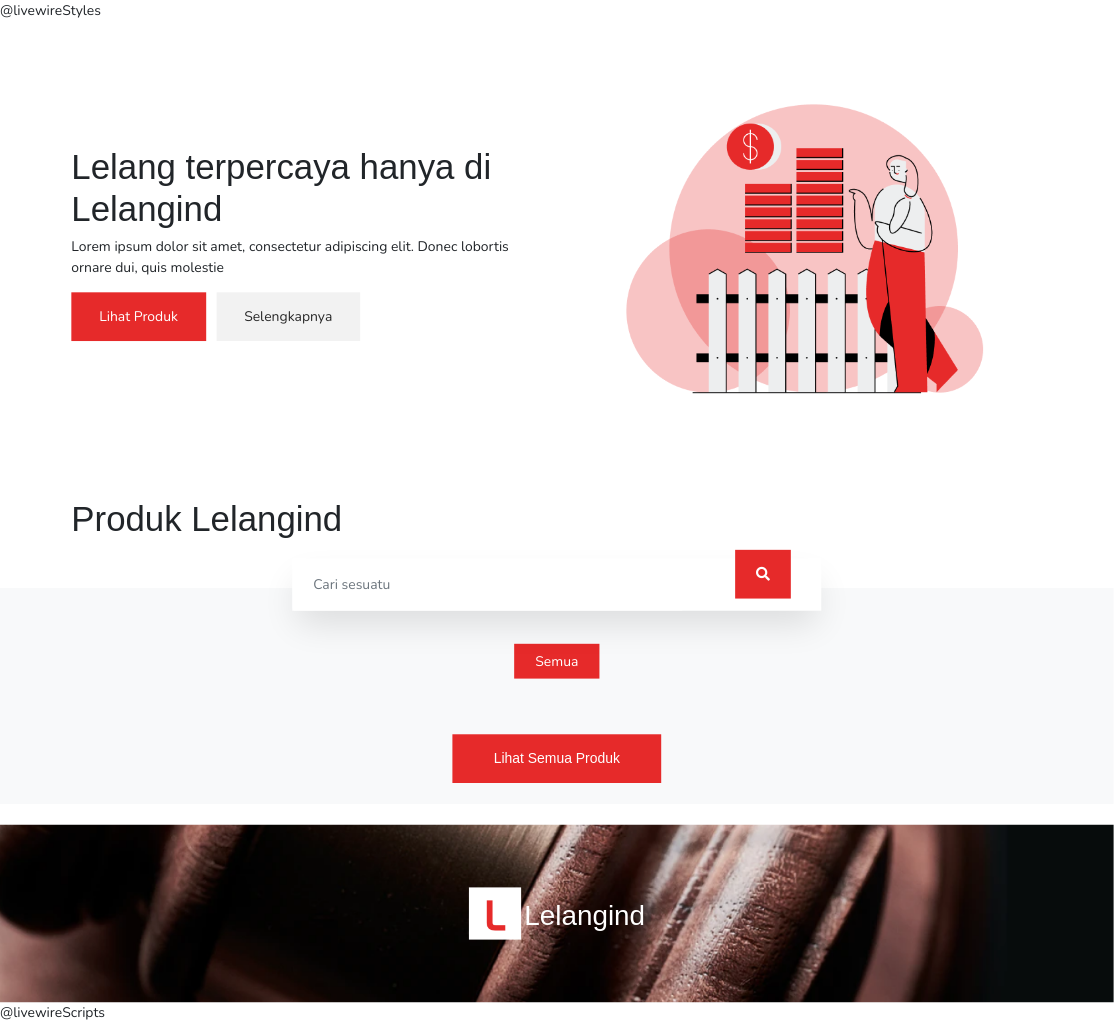
Repository: khulqu15/lelangyuk
Page: http://localhost/
An editor plug-in stored every save of this project. The page is shown before and after the next save, followed by the edit.
The browser window is 1280 px wide. The pictures show the whole page, at 87% of full size.
Backgrounds fixed to the window are drawn as part of the page. Some web fonts or font styles are not loaded; a fallback is used. The page is served by the project's Laravel application, run on PHP 8.4 with Laravel 8. Other server files are loaded and not shown. Queries for data that is not in the repository find no rows.

Above is the page before, as saved 2021-02-15 16:03:18.

### routes/web.php
<?php

use App\Http\Controllers\PageController;
use App\Http\Livewire\Page\Home;
use Illuminate\Support\Facades\Route;

/*
|--------------------------------------------------------------------------
| Web Routes
|--------------------------------------------------------------------------
|
| Here is where you can register web routes for your application. These
| routes are loaded by the RouteServiceProvider within a group which
| contains the "web" middleware group. Now create something great!
|
*/

Route::get('/', [PageController::class, 'home'])->name('home');

Route::get('home', [Home::class, 'render']);

Route::middleware(['auth:sanctum', 'verified'])->get('/dashboard', function () {
    return view('dashboard');
})->name('dashboard');

### app/Http/Controllers/PageController.php
<?php

namespace App\Http\Controllers;

use App\Models\CategoryProduct;
use App\Models\Product;
use Illuminate\Http\Request;

class PageController extends Controller
{
    public $product;
    public $ctr;

    public function __construct(Product $product, CategoryProduct $category)
    {
        $this->ctr = $category;
        $this->product = $product;
    }

    public function home(Request $request)
    {
        $query = $this->product->query();
        $product = $query->with('Category');
        if($request->get('name')) {
            $products = $query->where('name', 'LIKE', "%".$request->get('name')."%");
        }
        if($request->get('category')) {
            $products = $query->where('category_id', $request->get('category'));
        }
        $products = $query->paginate(6);
        $categories = $this->ctr->paginate(4);
        return view('welcome', compact('products', 'categories'));
    }

    public function products(Request $request)
    {

    }

    public function product(Request $request)
    {

    }
}

### app/Http/Controllers/Controller.php
<?php

namespace App\Http\Controllers;

use GuzzleHttp\Exception\ClientException;
use Illuminate\Foundation\Auth\Access\AuthorizesRequests;
use Illuminate\Foundation\Bus\DispatchesJobs;
use Illuminate\Foundation\Validation\ValidatesRequests;
use Illuminate\Routing\Controller as BaseController;

class Controller extends BaseController
{
    use AuthorizesRequests, DispatchesJobs, ValidatesRequests;

    public function onSuccess($dataType, $data, $requestType = null)
    {
        if($requestType != null) {
            return response()->json([
                'status' => "$dataType $requestType",
                'code' => '200',
                'data' => $data
            ]);
        }
        if($data == null) {
            return response()->json([
                'status' => "$dataType Not Found",
                'code' => '404',
                'message' => "Data $dataType belum ada",
                'data' => $data
            ]);
        }
        return response()->json([
            'status' => "$dataType Founded",
            'code' => '200',
            'message' => "Data $dataType ditemukan",
            'data' => $data
        ]);
    }

    public function onError(\Exception $e)
    {
        if($e instanceof ClientException) {
            $nException = json_decode($e->getResponse()->getBody()->getContents(), true);
            if($nException) {
                $e = new \Exception($nException['reason'], $nException['code']);
            }
        }
        $exceptions = [
            'status' => 'Failed Error',
            'code' => $e->getCode(),
            'error' => $e->getMessage(),
        ];
        return response()->json($exceptions);
    }
}

### app/Models/Product.php
<?php

namespace App\Models;

use Illuminate\Database\Eloquent\Factories\HasFactory;
use Illuminate\Database\Eloquent\Model;

class Product extends Model
{
    use HasFactory;

    protected $table = 'products';

    protected $fillable = ['name', 'close', 'price', 'picture', 'description', 'category_id'];

    public function Category()
    {
        return $this->belongsTo(CategoryProduct::class, 'category_id');
    }
}

### app/Models/CategoryProduct.php
<?php

namespace App\Models;

use Illuminate\Database\Eloquent\Factories\HasFactory;
use Illuminate\Database\Eloquent\Model;

class CategoryProduct extends Model
{
    use HasFactory;

    protected $table = 'category_products';

    protected $fillable = ['name'];

    public function Product()
    {
        return $this->hasMany(Product::class, 'category_id');
    }
}

### resources/views/welcome.blade.php
@extends('layouts.general')

@section('title', 'Beranda')

@section('content')

<div class="container py-5">
    <div class="row pt-5 pb-4">
        <div class="col-md-6 pt-5">
            <h1 class="viga">Lelang terpercaya hanya di Lelangind</h1>
            <p>Lorem ipsum dolor sit amet, consectetur adipiscing elit. Donec lobortis ornare dui, quis molestie </p>
            <button class="btn btnm-primary">Lihat Produk</button>
            <button class="btn btnm-light mx-2">Selengkapnya</button>
        </div>
        <div class="col-md-6 py-md-0 py-4 text-center">
            <img src="{{ asset('img/illust/home.png') }}" class="w-75" alt="">
        </div>
    </div>
</div>

<div class="container mt-5">
    <div class="row">
        <div class="col-md-12">
            <h1 class="viga">Produk Lelangind</h1>
        </div>
    </div>
</div>

<div class="container-fluid mt-5 pt-3 bg-light">
    <div class="container">
        <div class="row">
            <div class="col-md-8 offset-md-2 text-center position-relative">
                <div class="input-search-home">
                    <form action="{{ route('home') }}" method="GET">
                        <div class="row">
                            <div class="col-9">
                                <input value="{{ request()->get('name') == null ? null : request()->get('name') }}"
                                type="text" name="name" placeholder="Cari sesuatu" class="form-control px-4 border-0">
                            </div>
                            <div class="col-3">
                                @if (Request::get('name') == null)
                                    <button type="submit" class="btn btnm-primary px-4">
                                        <i class="fas fa-search"></i>
                                    </button>
                                @else
                                    <a href="{{ route('home') }}" type="button" class="btn btnm-light px-4">
                                        <i class="fas fa-undo"></i>
                                    </a>
                                @endif
                            </div>
                        </div>
                    </form>
                </div>
                <div class="pt-5 pb-3">
                    <a href="{{ route('home') }}" class="btn {{ request()->get('category') == null ? 'btnm-primary' : 'btnm-light' }} btnm-primary my-md-0 my-2 mx-2 px-4 py-2">Semua</a>
                    @foreach ($categories as $category)
                        <a href="{{ route('home', ['category' => $category->id]) }}"
                        class="btn {{ request()->get('category') == $category->id ? 'btnm-primary' : 'btnm-light' }} my-md-0 my-2 mx-2 px-4 py-2">{{ $category->name }}</a>
                    @endforeach
                </div>
            </div>
        </div>
        <div class="row my-4">
            @foreach ($products as $product)
            <div class="col-md-4 col-sm-6 my-2">
                <div class="card card-product border-0 cursor-point mb-4">
                    <div class="image">
                        <img src="{{ asset('img/product/'.$product->picture) }}" class="w-100 image-fit-card" alt="Produk">
                    </div>
                    <div class="body p-4">
                        <h4 class="viga">{{ $product->name }}</h4>
                        <div>
                            <div class="line-category"></div>
                            <p class="mb-0 d-inline-block textm-gray position-relative" style="top: 3px">{{ $product->category->name }}</p>
                        </div>
                        <div class="mt-4">
                            <h5 class="viga textm-primary">Rp {{ number_format($product->price) }},-</h5>
                        </div>
                        <button class="btn viga btnm-primary py-3 px-5 position-absolute" style="right:0; bottom: -16px">Lebih Detail</button>
                    </div>
                </div>
            </div>
            @endforeach
            <div class="col-12 text-center py-4">
                <button class="btn btnm-primary px-5 py-3 viga">Lihat Semua Produk</button>
            </div>
        </div>
    </div>
</div>

<div class="container-fluid py-5 bg-hammer-bottom">
    <div class="row py-4">
        <div class="col-md-8 offset-md-2 text-center">
            <img src="{{ asset('img/logo-white.png') }}" class="d-inline-block" width="60px" alt="Logo">
            <h2 class="viga d-inline-block text-white mb-0 position-relative" style="top: 9px">Lelangind</h2>
        </div>
    </div>
</div>

<div class="container-fluid"></div>

@endsection

### resources/views/layouts/general.blade.php
<!DOCTYPE html>
<html lang="{{ str_replace('_', '-', app()->getLocale()) }}">
    <head>
        <meta charset="utf-8">
        <meta name="viewport" content="width=device-width, initial-scale=1">

        <title>Lelangind | @yield('title')</title>

        <link rel="shortcut icon" href="{{ asset('img/logo.png') }}" type="image/x-icon">

        <!-- Fonts -->
        <link href="https://fonts.googleapis.com/css2?family=Nunito:wght@400;600;700&display=swap" rel="stylesheet">
        <link href="https://fonts.googleapis.com/css2?family=Viga:wght@400;600;700&display=swap" rel="stylesheet">

        {{-- Scripts --}}
        <script src="{{ asset('js/jquery-3.5.1.min.js') }}"></script>
        <script src="{{ asset('js/bootstrap.min.js') }}"></script>
        <script src="{{ asset('js/all.min.js') }}"></script>
        <script src="{{ asset('js/fontawesome.min.js') }}"></script>

        @yield('asset')

        <!-- Styles -->
        <link rel="stylesheet" href="{{ asset('css/bootstrap.min.css') }}">
        <link rel="stylesheet" href="{{ asset('css/all.min.css') }}">
        <link rel="stylesheet" href="{{ asset('css/fontawesome.min.css') }}">
        <link rel="stylesheet" href="{{ asset('css/style.css') }}">
        <style>
            /*! normalize.css v8.0.1 | MIT License | github.com/necolas/normalize.css */html{line-height:1.15;-webkit-text-size-adjust:100%}body{margin:0}a{background-color:transparent}[hidden]{display:none}html{font-family:system-ui,-apple-system,BlinkMacSystemFont,Segoe UI,Roboto,Helvetica Neue,Arial,Noto Sans,sans-serif,Apple Color Emoji,Segoe UI Emoji,Segoe UI Symbol,Noto Color Emoji;line-height:1.5}*,:after,:before{box-sizing:border-box;border:0 solid #e2e8f0}a{color:inherit;text-decoration:inherit}svg,video{display:block;vertical-align:middle}video{max-width:100%;height:auto}.bg-white{--bg-opacity:1;background-color:#fff;background-color:rgba(255,255,255,var(--bg-opacity))}.bg-gray-100{--bg-opacity:1;background-color:#f7fafc;background-color:rgba(247,250,252,var(--bg-opacity))}.border-gray-200{--border-opacity:1;border-color:#edf2f7;border-color:rgba(237,242,247,var(--border-opacity))}.border-t{border-top-width:1px}.flex{display:flex}.grid{display:grid}.hidden{display:none}.items-center{align-items:center}.justify-center{justify-content:center}.font-semibold{font-weight:600}.h-5{height:1.25rem}.h-8{height:2rem}.h-16{height:4rem}.text-sm{font-size:.875rem}.text-lg{font-size:1.125rem}.leading-7{line-height:1.75rem}.mx-auto{margin-left:auto;margin-right:auto}.ml-1{margin-left:.25rem}.mt-2{margin-top:.5rem}.mr-2{margin-right:.5rem}.ml-2{margin-left:.5rem}.mt-4{margin-top:1rem}.ml-4{margin-left:1rem}.mt-8{margin-top:2rem}.ml-12{margin-left:3rem}.-mt-px{margin-top:-1px}.max-w-6xl{max-width:72rem}.min-h-screen{min-height:100vh}.overflow-hidden{overflow:hidden}.p-6{padding:1.5rem}.py-4{padding-top:1rem;padding-bottom:1rem}.px-6{padding-left:1.5rem;padding-right:1.5rem}.pt-8{padding-top:2rem}.fixed{position:fixed}.relative{position:relative}.top-0{top:0}.right-0{right:0}.shadow{box-shadow:0 1px 3px 0 rgba(0,0,0,.1),0 1px 2px 0 rgba(0,0,0,.06)}.text-center{text-align:center}.text-gray-200{--text-opacity:1;color:#edf2f7;color:rgba(237,242,247,var(--text-opacity))}.text-gray-300{--text-opacity:1;color:#e2e8f0;color:rgba(226,232,240,var(--text-opacity))}.text-gray-400{--text-opacity:1;color:#cbd5e0;color:rgba(203,213,224,var(--text-opacity))}.text-gray-500{--text-opacity:1;color:#a0aec0;color:rgba(160,174,192,var(--text-opacity))}.text-gray-600{--text-opacity:1;color:#718096;color:rgba(113,128,150,var(--text-opacity))}.text-gray-700{--text-opacity:1;color:#4a5568;color:rgba(74,85,104,var(--text-opacity))}.text-gray-900{--text-opacity:1;color:#1a202c;color:rgba(26,32,44,var(--text-opacity))}.underline{text-decoration:underline}.antialiased{-webkit-font-smoothing:antialiased;-moz-osx-font-smoothing:grayscale}.w-5{width:1.25rem}.w-8{width:2rem}.w-auto{width:auto}.grid-cols-1{grid-template-columns:repeat(1,minmax(0,1fr))}@media (min-width:640px){.sm\:rounded-lg{border-radius:.5rem}.sm\:block{display:block}.sm\:items-center{align-items:center}.sm\:justify-start{justify-content:flex-start}.sm\:justify-between{justify-content:space-between}.sm\:h-20{height:5rem}.sm\:ml-0{margin-left:0}.sm\:px-6{padding-left:1.5rem;padding-right:1.5rem}.sm\:pt-0{padding-top:0}.sm\:text-left{text-align:left}.sm\:text-right{text-align:right}}@media (min-width:768px){.md\:border-t-0{border-top-width:0}.md\:border-l{border-left-width:1px}.md\:grid-cols-2{grid-template-columns:repeat(2,minmax(0,1fr))}}@media (min-width:1024px){.lg\:px-8{padding-left:2rem;padding-right:2rem}}@media (prefers-color-scheme:dark){.dark\:bg-gray-800{--bg-opacity:1;background-color:#2d3748;background-color:rgba(45,55,72,var(--bg-opacity))}.dark\:bg-gray-900{--bg-opacity:1;background-color:#1a202c;background-color:rgba(26,32,44,var(--bg-opacity))}.dark\:border-gray-700{--border-opacity:1;border-color:#4a5568;border-color:rgba(74,85,104,var(--border-opacity))}.dark\:text-white{--text-opacity:1;color:#fff;color:rgba(255,255,255,var(--text-opacity))}.dark\:text-gray-400{--text-opacity:1;color:#cbd5e0;color:rgba(203,213,224,var(--text-opacity))}}
        </style>

        <style>
            body {
                font-family: 'Nunito';
            }
        </style>
        @livewireStyles
    </head>
    <body class="antialiased">

        @yield('content')

    @livewireScripts
    </body>
</html>

### public/css/style.css
.viga {
    font-family: 'Viga', sans-serif;
}
.bgm-primary {
    background-color: #E62A2A !important;
}
.btnm-primary {
    border: none;
    border-radius: 0px !important;
    transition: all .3s ease-in-out;
    background-color: #E62A2A !important;
    padding: 1rem 2rem;
    color: white;
}
.cursor-point {
    cursor: pointer;
}
.btnm-primary:hover {
    color: white !important;
    background-color: #c01c1c !important;
}
.btnm-light {
    border: none;
    border-radius: 0px !important;
    transition: all .3s ease-in-out;
    background-color: #f2f2f2 !important;
    padding: 1rem 2rem;
    color: #292929;
}
.btnm-light:hover {
    color: #292929 !important;
    background-color: #c2c2c2 !important;
}
.textm-primary {
    color: #E62A2A !important;
}
.textm-gray {
    color: gray !important;
}

.input-search-home {
    width: 80%;
    position: absolute;
    left: 10%;
    height: 60px;
    box-shadow: 0px 20px 40px -6px rgba(0, 0, 0, 0.12);
    top: -50px;
    background-color: white;
}
.input-search-home input {
    height: 60px;
}
.input-search-home button,
.input-search-home a {
    position: relative;
    top: -10px;
}


.card-product {
    width: 100%;
    transition: all .3s ease-in-out;
    height: 370px;
    background-color: white;
}
.card-product:hover {
    box-shadow: 12px 24px 48px rgba(0, 0, 0, 0.09);
}
.card-product .image {
    width: 100%;
    height: 170px;
    background-color: #f36c6c;
    overflow: hidden;
}
.card-product .image img {
    transition: all .3s ease-in-out;
}
.card-product .image:hover img {
    transform: scale(1.1);
    opacity: .6;
}
.image-fit-card {
    width: 100%;
    height: 100%;
    object-fit: cover !important;
}
.card-product .line-category {
    display: inline-block;
    width: 20px;
    height: 3px;
    background-color: gray;
}

.bg-hammer-bottom {
    background: url('../img/wallpaper/hammer.png');
    background-attachment: fixed;
    background-position: center;
    background-size: cover;
}

Loaded but not shown: public/js/jquery-3.5.1.min.js (library); public/js/bootstrap.min.js (library); public/js/fontawesome.min.js (library); public/css/bootstrap.min.css (library); public/css/all.min.css (library); public/css/fontawesome.min.css (library)

After the next save:
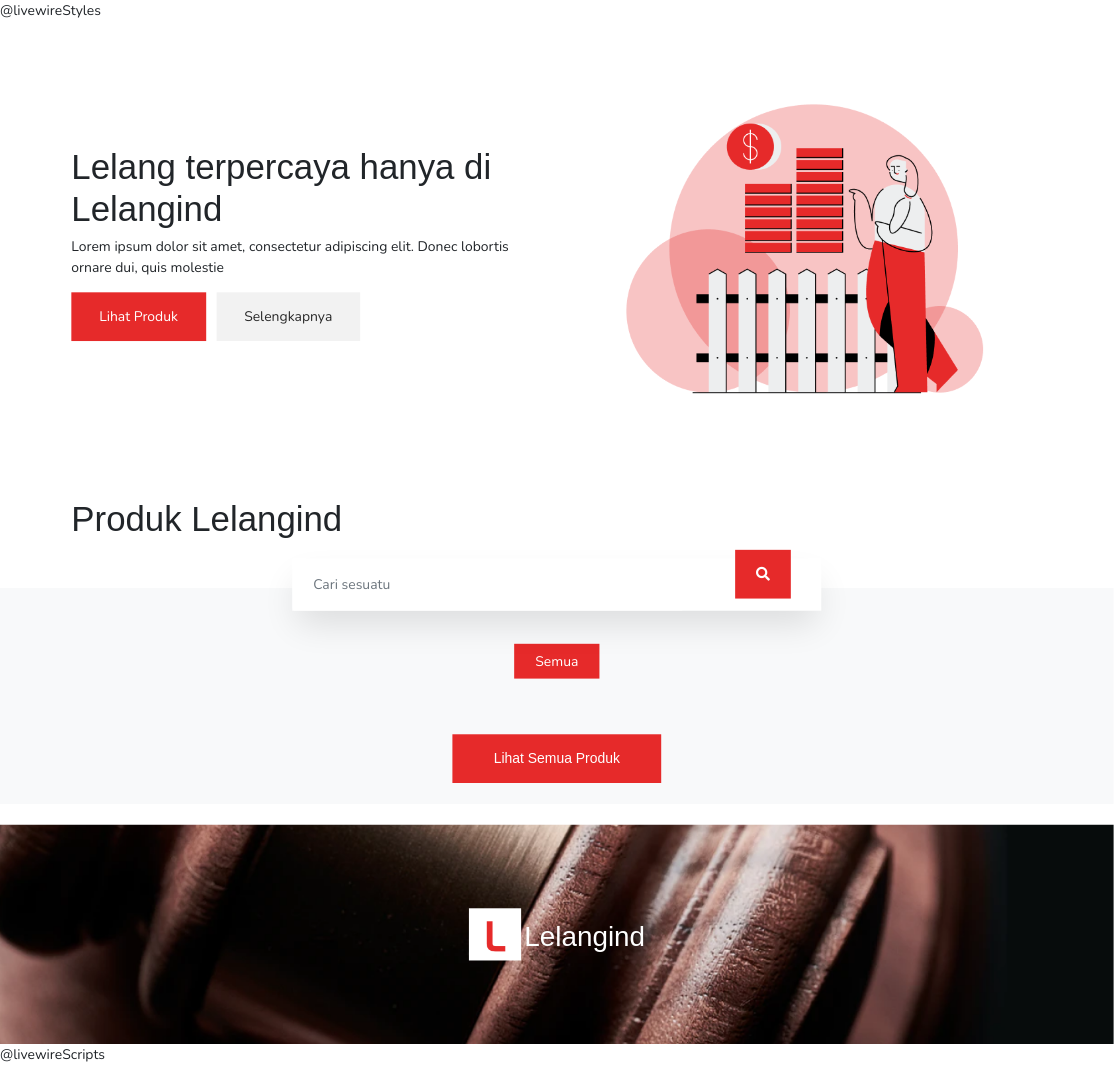
Saved 9 s later.
--- a/resources/views/welcome.blade.php
+++ b/resources/views/welcome.blade.php
@@ -89,7 +89,7 @@
 </div>
 
 <div class="container-fluid py-5 bg-hammer-bottom">
-    <div class="row py-4">
+    <div class="row py-5">
         <div class="col-md-8 offset-md-2 text-center">
             <img src="{{ asset('img/logo-white.png') }}" class="d-inline-block" width="60px" alt="Logo">
             <h2 class="viga d-inline-block text-white mb-0 position-relative" style="top: 9px">Lelangind</h2>
